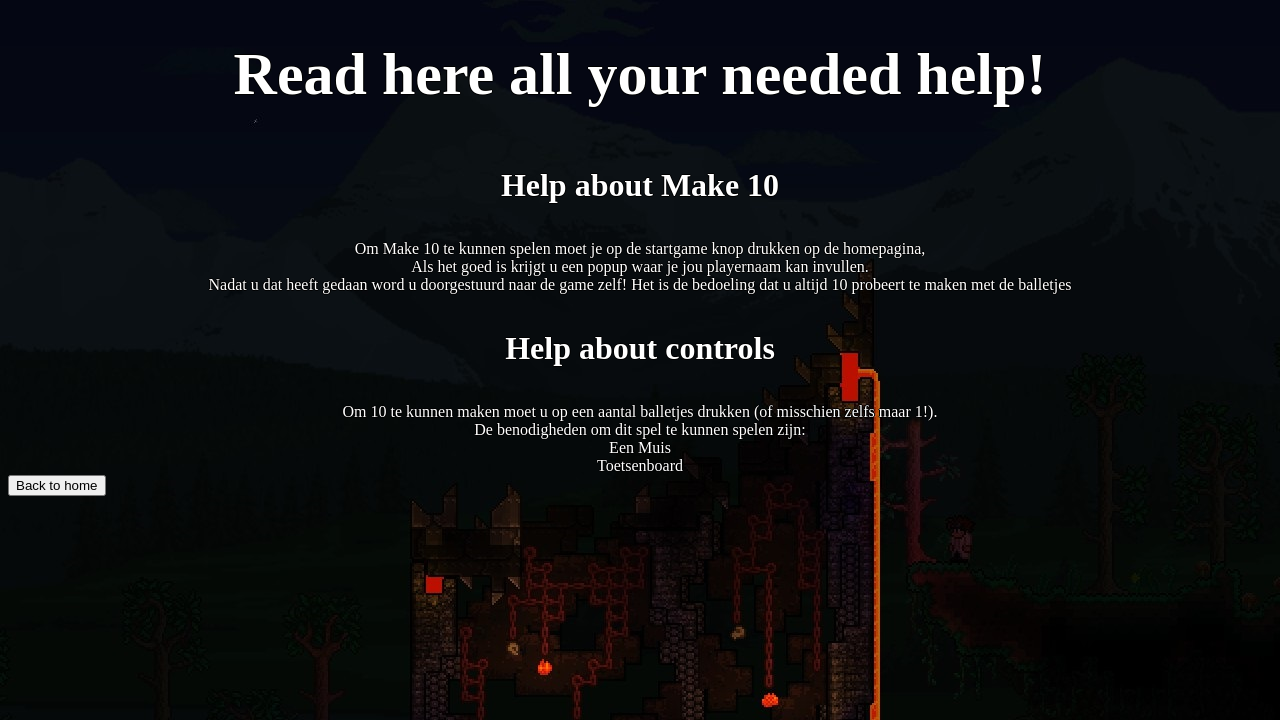
Repository: Mkuilen/Make10
Page: howToPlay.html
The author's editor kept a record of every edit. The page is drawn from the files as they stood at one moment, then again after the next edit.
The browser window is 1280 px wide. The pictures show the whole page.

Above is the page before.

After the next edit:
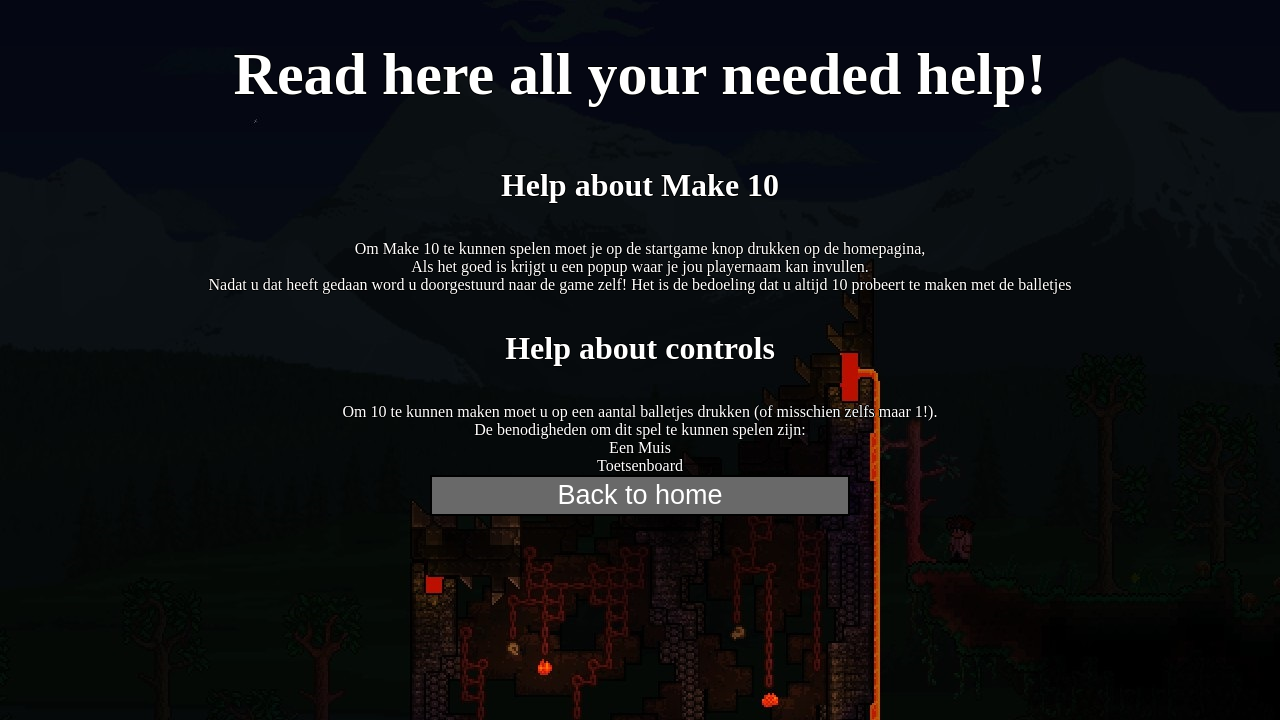
The edit:
--- a/howToPlay.html
+++ b/howToPlay.html
@@ -2,6 +2,7 @@
 <html>
     <head>
         <link rel="stylesheet" type="text/css" href="assets/css/howToPlay.css">
+        <link rel="stylesheet" type="text/css" href="assets/css/index.css">
         <title>Make10 Game</title>
         <meta charset="UTF-8">
         <meta name="description" content="Make10 Game">
